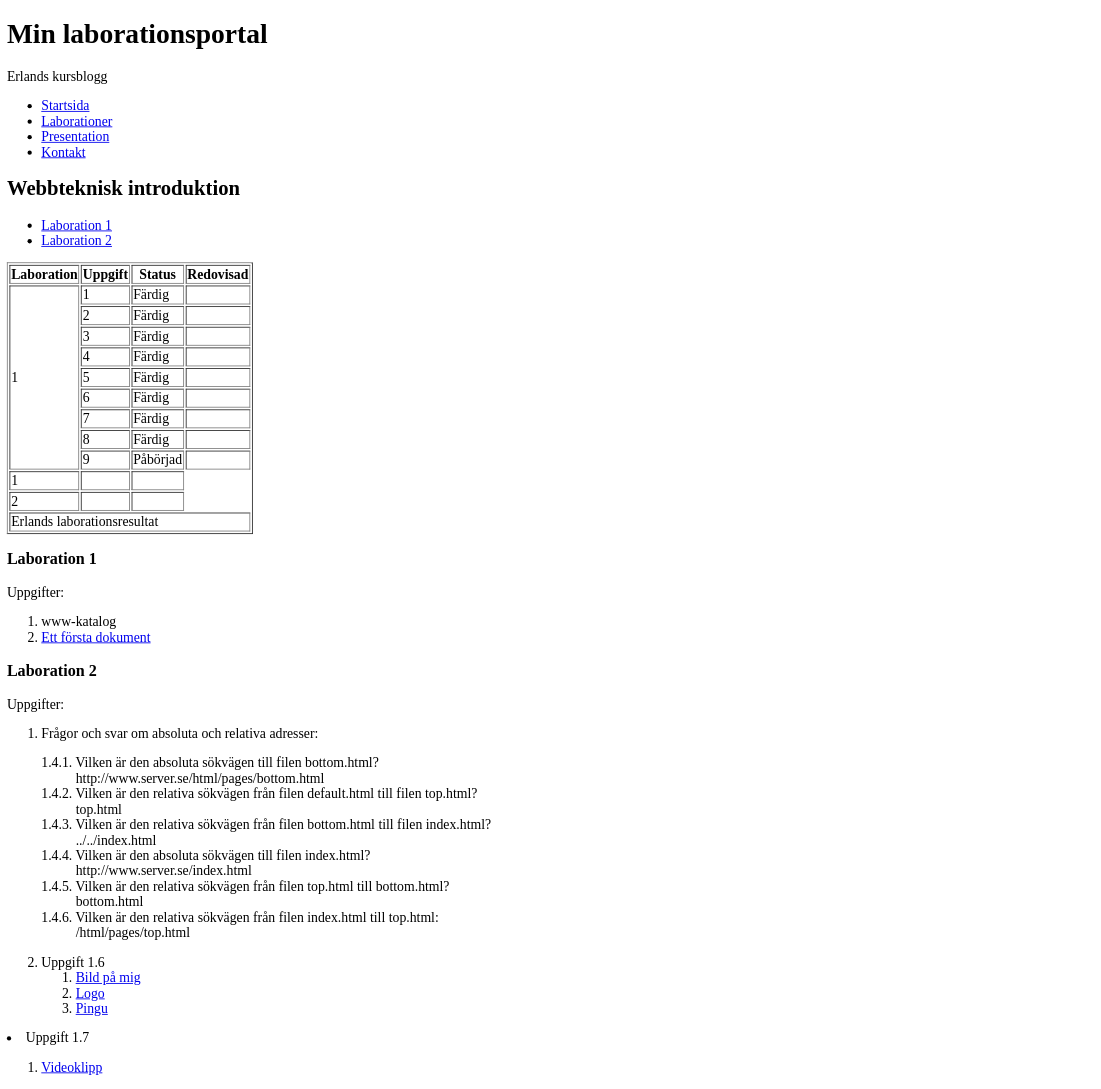
Repository: ej222ru/1IK415-laborationer
Page: pages/laborationer.html
The author's editor kept a record of every edit. The page is drawn from the files as they stood at one moment, then again after the next edit.
The browser window is 1280 px wide. The pictures show the whole page, at 86% of full size.

Above is the page before.

After the next edit:
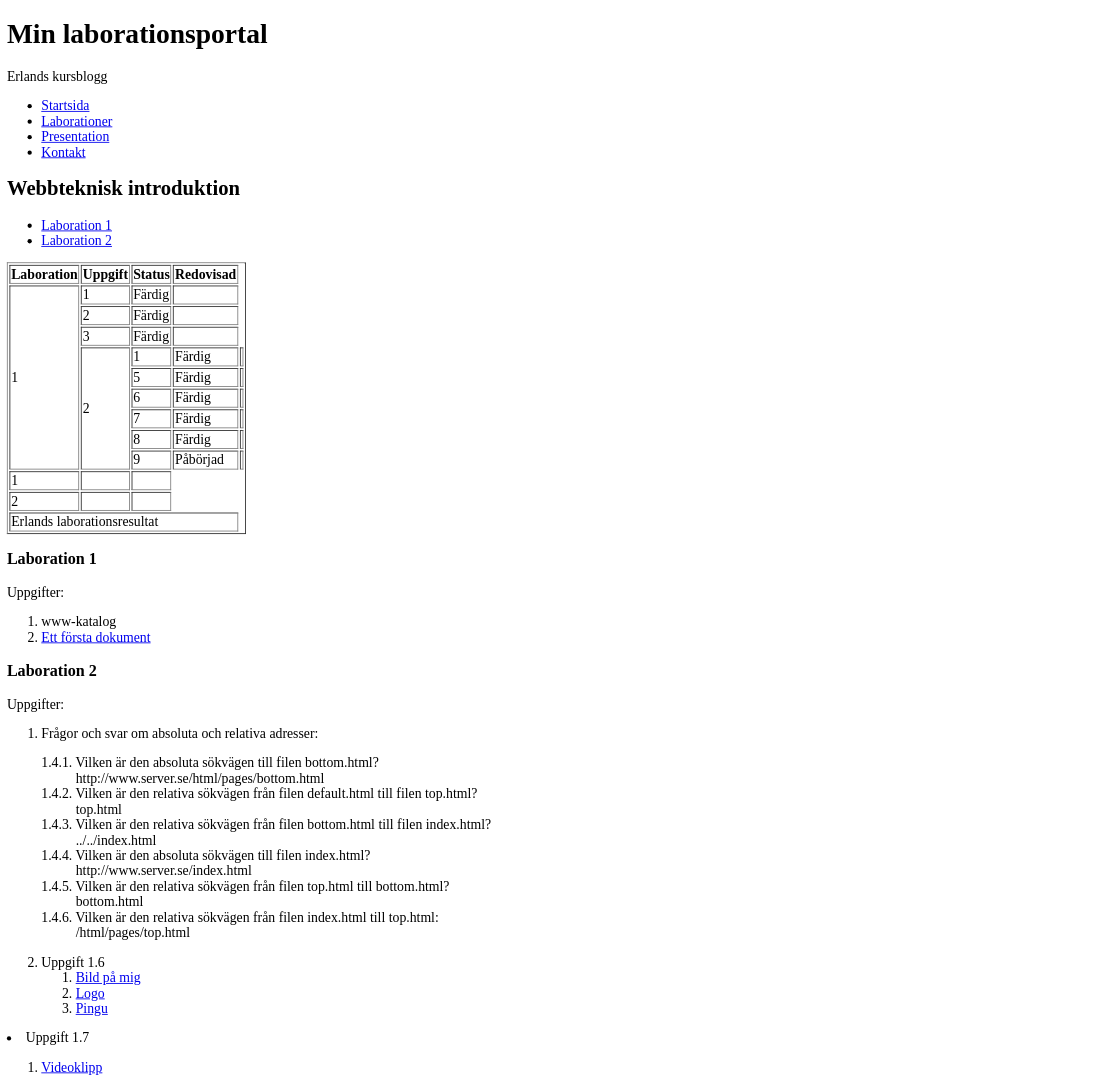
The edit:
--- a/pages/laborationer.html
+++ b/pages/laborationer.html
@@ -51,7 +51,8 @@
                     <td></td>
                 </tr>
                 <tr>
-                    <td>4</td>
+                    <td rowspan=6>2</td></td>
+                    <td>1</td>
                     <td>Färdig</td>
                     <td></td>
                 </tr>
